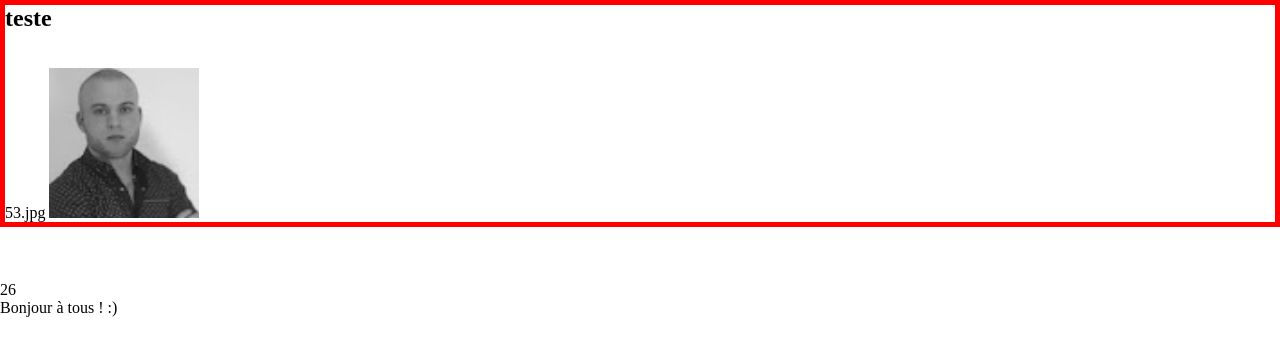
Repository: remi77130/forum
Page: http://localhost/path/profil.php?id=53
An editor plug-in stored every save of this project. The page is shown before and after the next save, followed by the edit.
The browser window is 1280 px wide. The pictures show the whole page.
The page is run by PHP 8.4 with error messages shown; the project is at /var/www/html/. The database holds what the project's SQL file puts in it.

Above is the page before, as saved 2022-06-27 22:16:09.

After the next save:
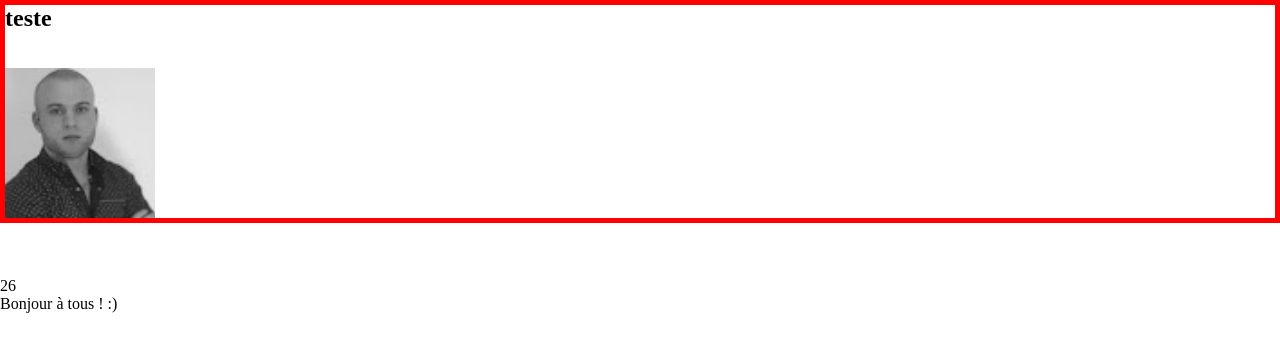
Saved 24 s later.
--- a/profil.php
+++ b/profil.php
@@ -37,7 +37,7 @@
 
          <?php                           // AFFICHAGE DE LA PHOTO
 
-echo $userinfo['avatar'];
+         if (!empty($userinfo['avatar']))
          {
          ?>
          <img src="membres\avatars/<?php echo $userinfo['avatar']; ?>" alt="photo_profil" width="150">
